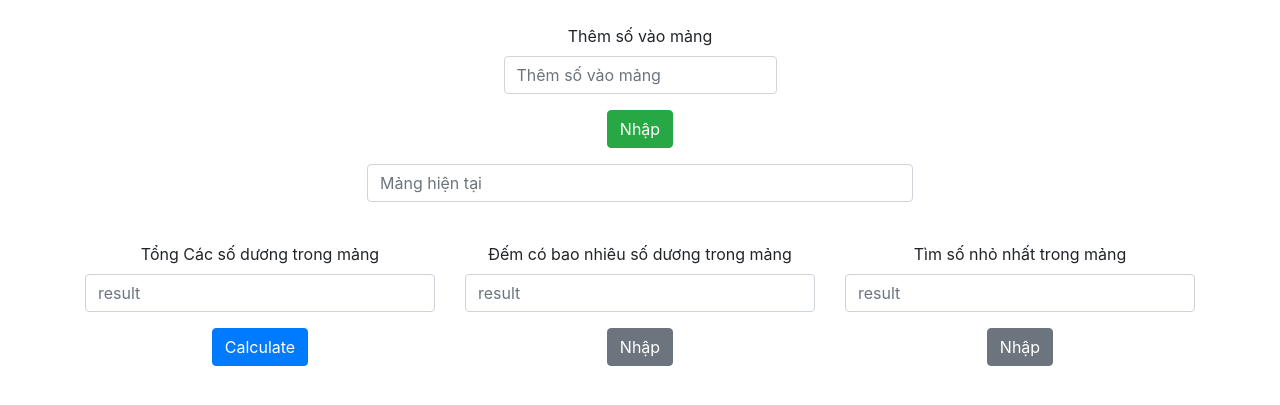
Repository: baobaodeveloper/bootcamp21__array__HuynhAnhBao
Page: index.html
These files come from the project's save history. The page is drawn as it stood at one moment and after the next save; the edit follows.
The browser window is 1280 px wide. The pictures show the whole page.

Above is the page before, as saved 2022-03-20 17:05:00.

After the next save:
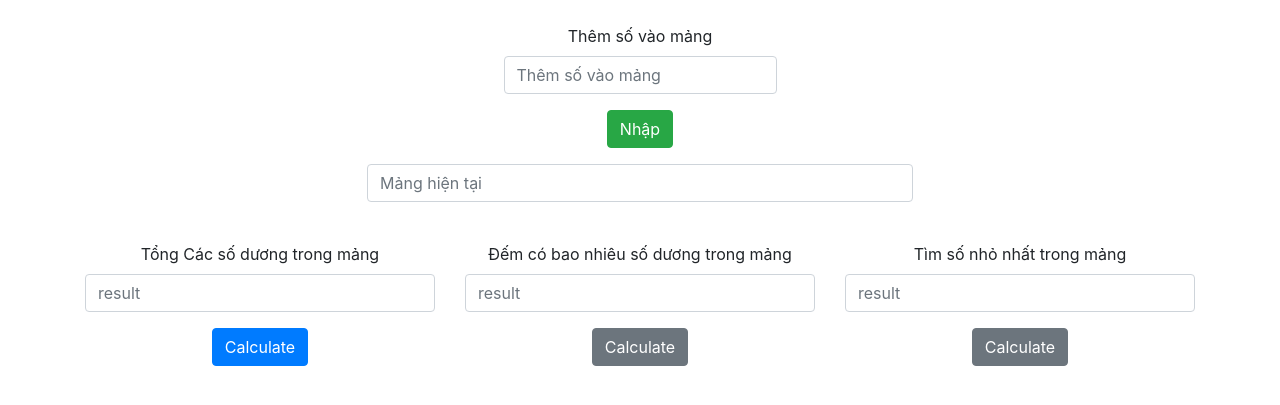
Saved 21 s later.
--- a/index.html
+++ b/index.html
@@ -69,14 +69,14 @@
             id="result2"
           />
           <button type="button" class="btn btn-secondary m-3" id="input">
-            Nhập
+            Calculate
           </button>
         </div>
         <div class="col text-center">
           <label class="form-label">Tìm số nhỏ nhất trong mảng</label>
           <input type="text" class="form-control" placeholder="result" />
           <button type="button" class="btn btn-secondary m-3" id="input">
-            Nhập
+            Calculate
           </button>
         </div>
       </div>
